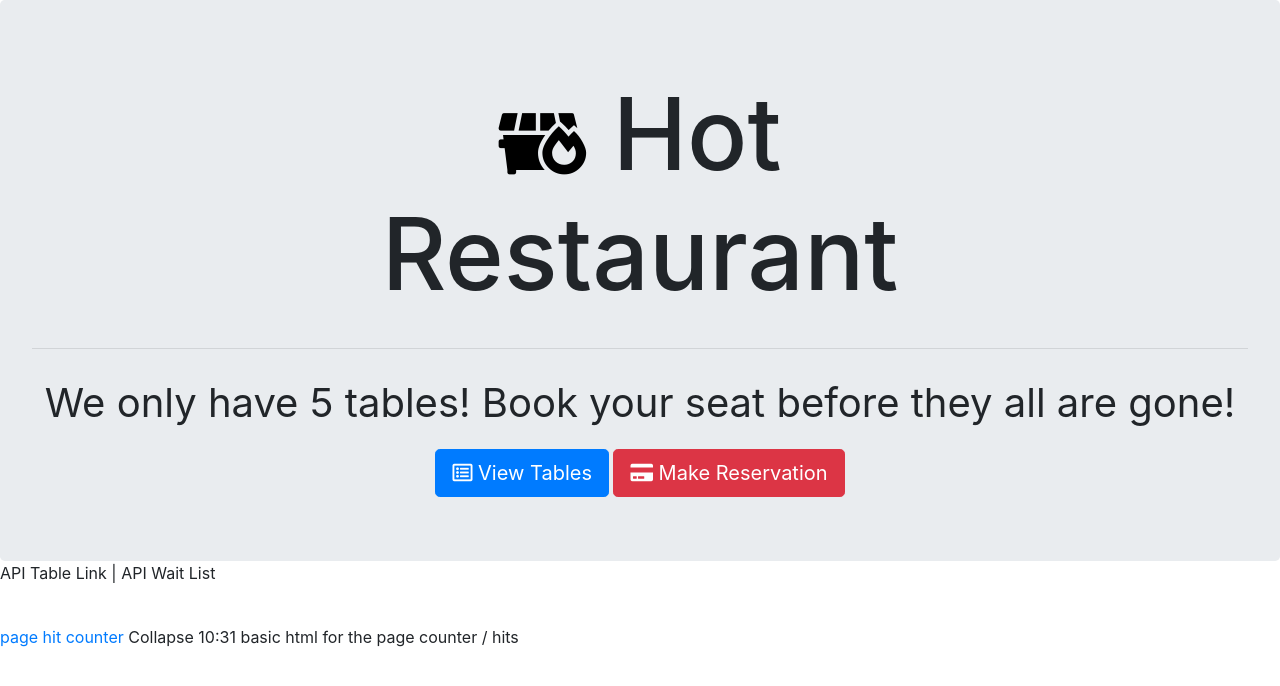
Repository: lcbordelon/Restaurant_Mini_App
Page: home.html
These files come from the project's save history. The page is drawn as it stood at one moment and after the next save; the edit follows.
The browser window is 1280 px wide. The pictures show the whole page.
Some web libraries are served in a nearby version.

Above is the page before, as saved 2020-12-05 12:58:12.

After the next save:
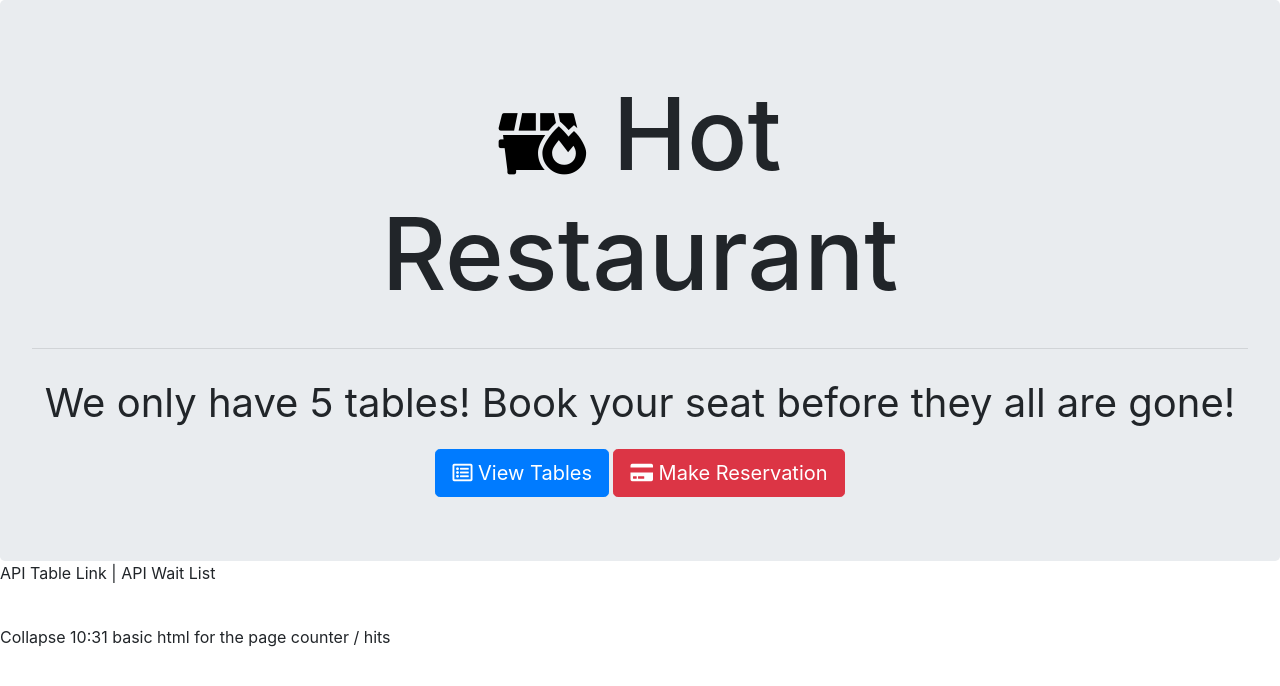
Saved 57 s later.
--- a/home.html
+++ b/home.html
@@ -42,7 +42,7 @@
 <div id="sfcrw5xs77bacfyr4jfnkxlt179d7y4lexz"></div>
 <script type="text/javascript"
   src="https://counter8.stat.ovh/private/counter.js?c=rw5xs77bacfyr4jfnkxlt179d7y4lexz&down=async" async></script><br>
-<a href="https://www.freecounterstat.com">page hit counter</a><noscript><a href="https://www.freecounterstat.com"
+<a href="https://www.freecounterstat.com"></a><noscript><a href="https://www.freecounterstat.com"
     title="page hit counter"><img
       src="https://counter8.stat.ovh/private/freecounterstat.php?c=rw5xs77bacfyr4jfnkxlt179d7y4lexz" border="0"
       title="page hit counter" alt="Test"></a></noscript>
